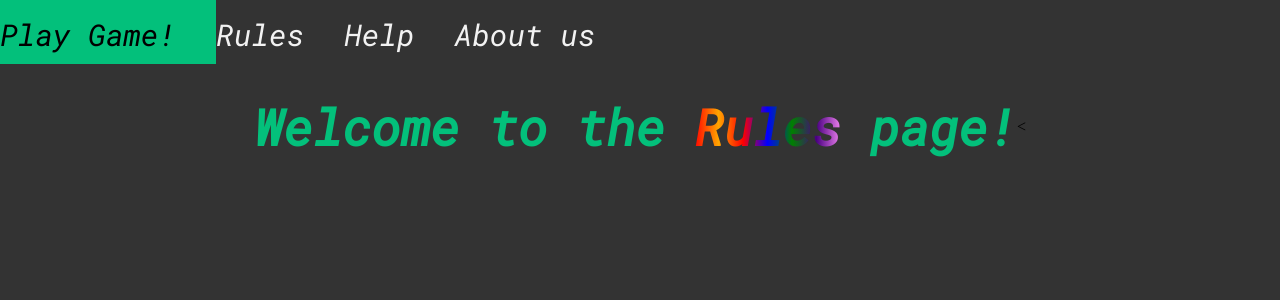
Repository: Ascendrospyder/rock-paper-scissors
Page: rulesPage.html
These files come from the project's save history. The page is drawn as it stood at one moment and after a run of saves; the edit follows.
The browser window is 1280 px wide. The pictures show the whole page.

Above is the page before, as saved 2022-12-26 12:00:58.

### rulesPage.html
<!DOCTYPE html>
<html lang="en">
<head>
    <meta charset="UTF-8">
    <meta http-equiv="X-UA-Compatible" content="IE=edge">
    <meta name="viewport" content="width=device-width, initial-scale=1.0">
    <title>Rules</title>
    <link rel="preconnect" href="https://fonts.googleapis.com"><link rel="preconnect" href="https://fonts.gstatic.com" crossorigin><link href="https://fonts.googleapis.com/css2?family=Roboto+Mono:ital@1&display=swap" rel="stylesheet">
    <link rel = "stylesheet" href="./css/style.css">
    <link rel = "stylesheet" href="./css/navbar.css">
</head>
<body>
    <nav>
        <div class = "nav-bar">
          <a class = "play-game" href = "app.html">Play Game!</a>
          <a class = "game-rules" href = "rulesPage.html">Rules</a>
          <a class = "help" href = "helpPage.html">Help</a>
          <a class = "about" href= "aboutPage.html">About us</a>
        </div>
      </nav>

    <div class = "title">
        <h1 class = "heading">Welcome to the <span class = "multicoloured-text">Rules</span> page!</h1>
        <
    </div>
</body>
</html>

### css/style.css
/* The following code will remove the whitespace at the top of the browser */
* {
  margin: 0;
  padding: 0;
  border: 0;
  outline: 0;
  font-size: 100%;
  vertical-align: baseline;
  background: transparent;
}

body {
  background-color: #333;
}

.title {
  margin-bottom: 100px;
  display: flex;
  justify-content: center;
  align-items: center;
  margin-bottom: 300px;
}

.heading {
  font-size: 50px;
  color : #03c07b;
  font-family: 'Roboto Mono', monospace;
}

.multicoloured-text {
  background-image: linear-gradient(to left, violet, indigo, green, blue, red, orange, red);
  -webkit-background-clip: text;
  -moz-background-clip: text;
  background-clip: text;
  color: transparent;
}

.prompt {
  /* border : 2px solid black;  */
  display : flex;
  justify-content: flex-start;
  margin-bottom: 20px;
}

.prompt-message {
  font-size: 30px;
  color : #03c07b;
  font-family: 'Roboto Mono', monospace;
}
.results {
  border: 5px solid rgb(40, 40, 40);
  flex-wrap: wrap;
  display : flex;
  justify-content: space-between;
  margin-bottom: 15px;
}


.results > button {
  flex : 1 1 0;
  background-color: #333;
  color: white;
  font-size: 30px;
  font-family: 'Roboto Mono', monospace;
  transition: background-color 0.3s;
}

button {
  padding-top: 40px;
  padding-bottom: 40px;
}

button:hover {
  background-color: #03c07b;
  color: black;
}

### css/navbar.css
.nav-bar {
  /* border : 10px solid black;  */
  background-color : #333;
  overflow: hidden;
  margin-bottom: 30px;
  /* padding-left: 20px; */
}

.nav-bar a {
  font-family: 'Roboto Mono', monospace;
  text-decoration: none;
  float : left;
  color : #f2f2f2;
  text-align: center;
  font-size: 30px;
  padding-right: 40px;
  padding-top: 15px;
  padding-bottom: 10px;
  transition: background-color 0.8s;
}

.nav-bar a:hover {
  background-color: #03c07b;
  color: black;
}

.nav-bar a:active {
  background-color: #03c07b;
  color : white;
}

After the next 3 saves:
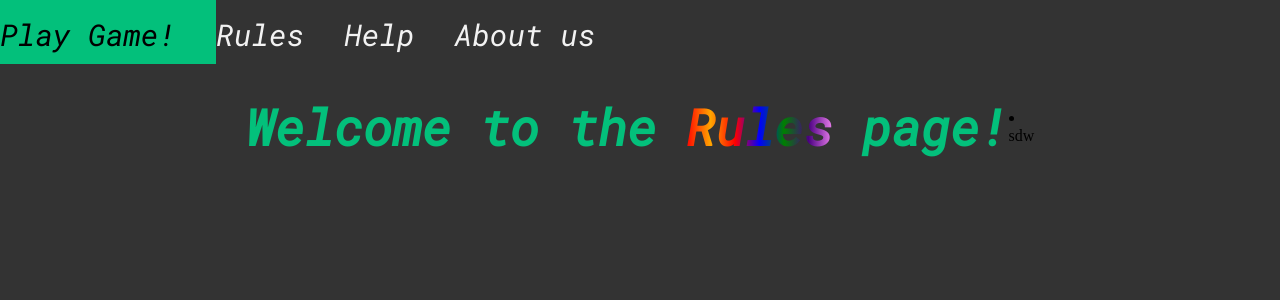
The 3 saves are shown as one change because they came seconds apart.
The last was saved 11 s later.
--- a/rulesPage.html
+++ b/rulesPage.html
@@ -21,7 +21,9 @@
 
     <div class = "title">
         <h1 class = "heading">Welcome to the <span class = "multicoloured-text">Rules</span> page!</h1>
-        <
+        <li>
+            <ol>sdw</ol>
+        </li>
     </div>
 </body>
 </html>
